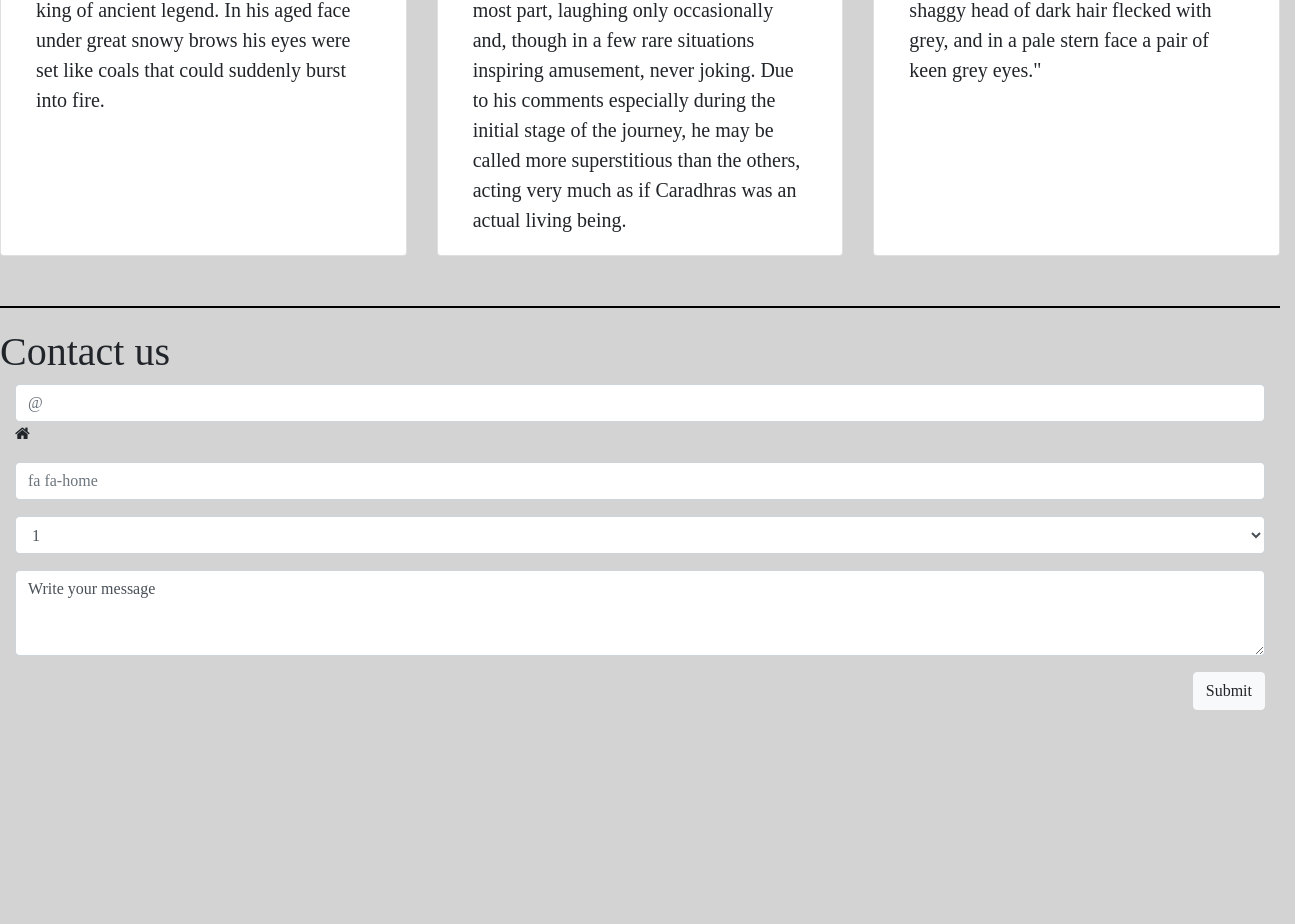
Repository: Khaleddwm/FindThePrecious
Page: index.html
An editor plug-in stored every save of this project. The page is shown before and after the next save, followed by the edit.
The browser window is 1280 px wide. The page is 1295 px wide, so the pictures cover 1295 px, including what lies to the right of the window. The pictures show the part of the page from y = 1604 to 2528 px (the page is 2528 px tall before and 2504 px after).
Some web fonts or font styles are not loaded; a fallback is used.

Above is the page before, as saved 2020-05-24 22:39:44.

After the next save:
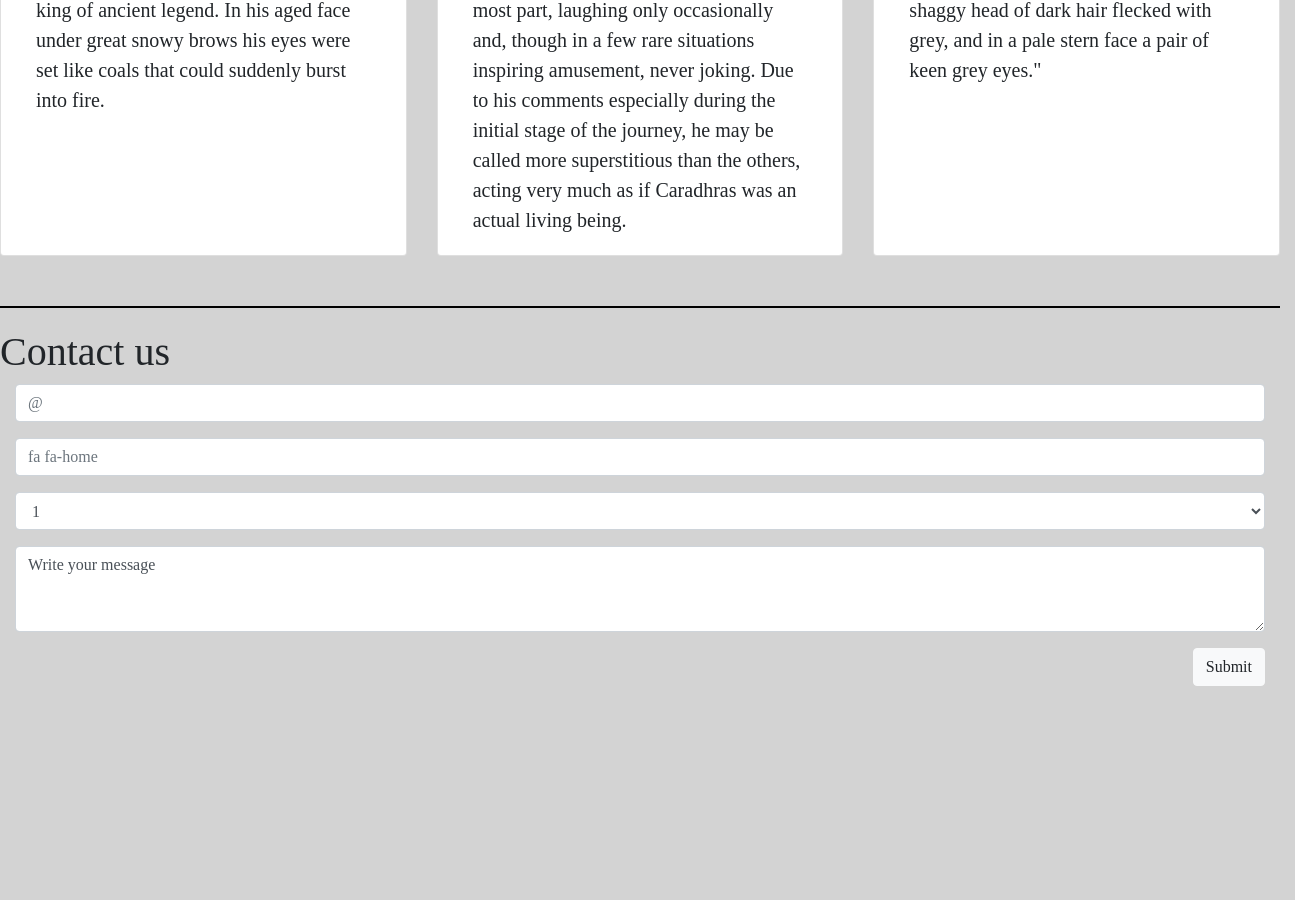
Saved 24 s later.
--- a/index.html
+++ b/index.html
@@ -110,7 +110,7 @@
         <h1>Contact us</h1>
         <form class="container-fluid">
             <div class="form-group">
-                <input type="email" class="form-control" id="email" placeholder="@"><i class="fa fa-home"></i></input>
+                <input type="email" class="form-control" id="email" placeholder="@">
             </div>
             <div class="form-group">
                 <input type="email" class="form-control" id="email" placeholder="fa fa-home">
